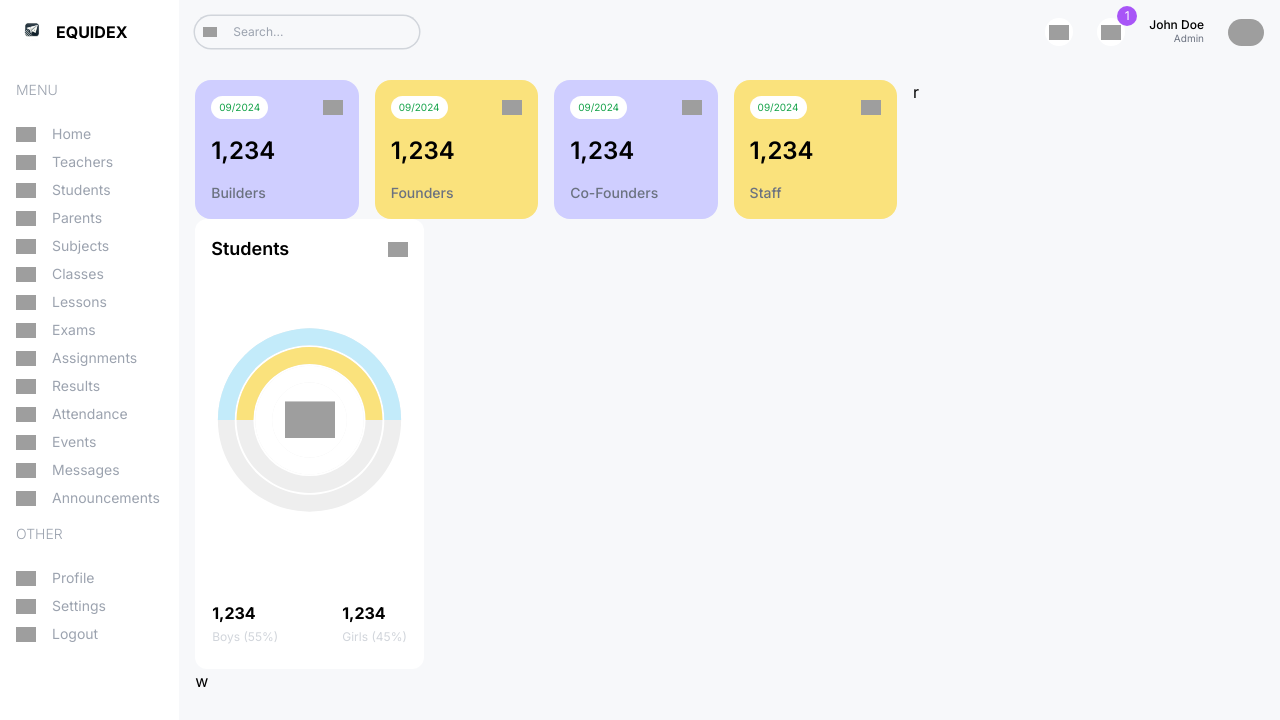
Repository: MikeeBuilds/equidex
Page: /admin
The author's editor kept a copy of each file at every save. The page is drawn from the files as they stood at one save, then again after the next save.
The browser window is 1280 px wide. The pictures show the whole page.
Pictures or frames that could not be fetched are drawn as grey boxes. An inner scrolling area shows only its first screen. The project was rebuilt for these pictures with package versions that can differ from the ones it lists, and the page was loaded fresh each time. The framework's server and built-in components were replaced by stand-ins that run in the browser. Also part of the build but not shown: next.config.mjs.

Above is the page before, as saved 2024-09-24 18:43:57.

After the next save:
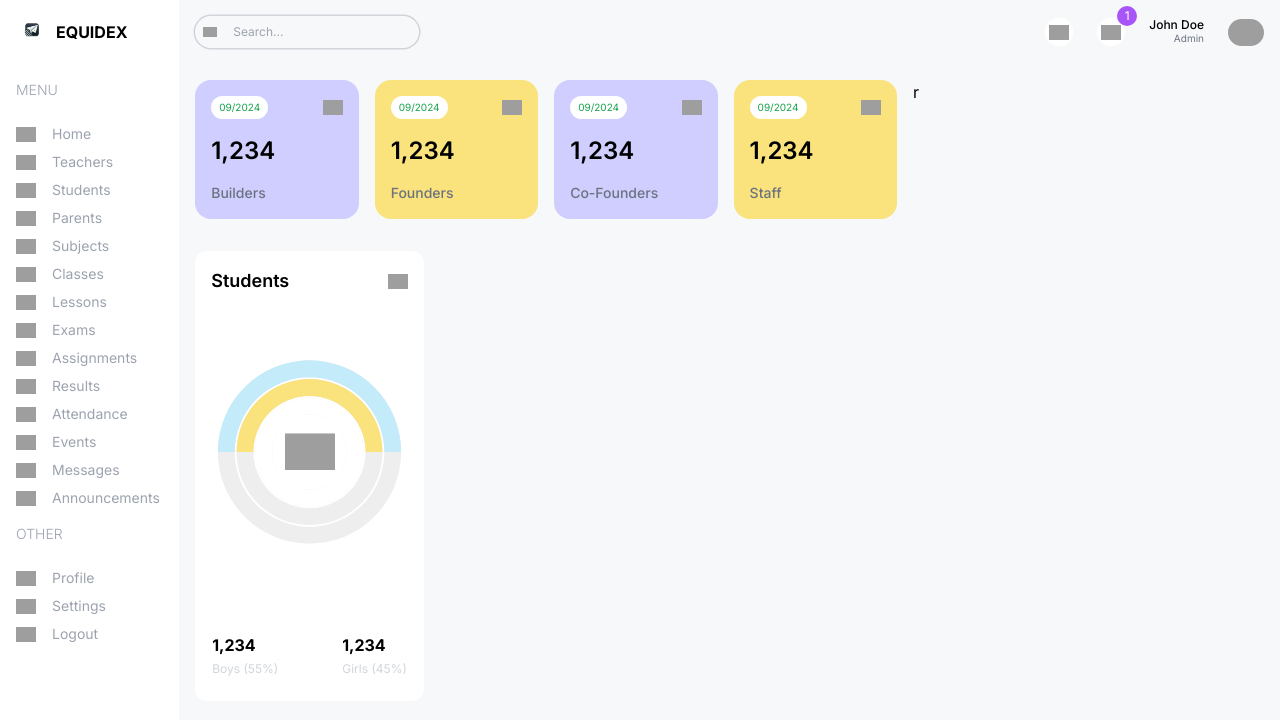
Saved 6 s later.
--- a/src/app/(dashboard)/admin/page.tsx
+++ b/src/app/(dashboard)/admin/page.tsx
@@ -6,7 +6,7 @@ const AdminPage = () => {
   return (
     <div className="p-4 flex gap-4 flex-col md:flex-row">
       {/* LEFT */}
-      <div className="w-full lg:w-2/3 flex flex-col">
+      <div className="w-full lg:w-2/3 flex flex-col gap-8">
         {/* USER CARD */}
         <div className="flex gap-4 justify-between flex-wrap">
           <UserCard type="Builders" />
